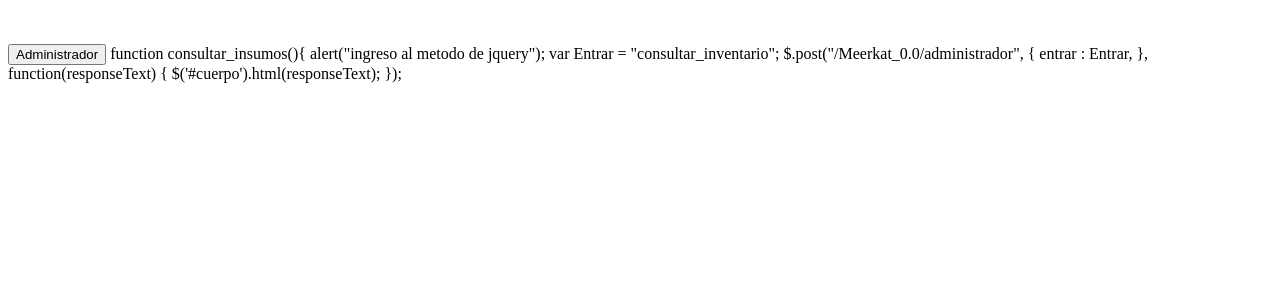
Repository: mauro2357/Producto2SW2MEERKATSOFT
Page: http://localhost/Meerkat_0.0/consultarinventariovista/funcionesadministrador.jsp
The author's editor kept a copy of each file at every save. The page is drawn from the files as they stood at one save, then again after the next save.
The browser window is 1280 px wide. The pictures show the whole page.
Some web libraries are served in a nearby version. The page is served by Tomcat 9. Nobody is signed in. The application's start-up code is not run.

Above is the page before, as saved 2015-09-04 21:07:17.

After the next save:
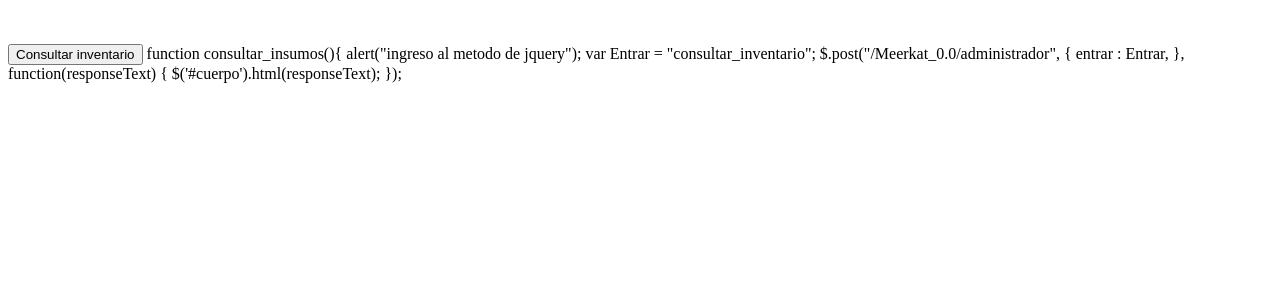
Saved 9 min 5 s later.
--- a/Meerkat_0.0/WebContent/consultarinventariovista/funcionesadministrador.jsp
+++ b/Meerkat_0.0/WebContent/consultarinventariovista/funcionesadministrador.jsp
@@ -27,7 +27,7 @@
 <body>
 	<div id="cuerpo"></div>
 	<br></br>
-	<button type="button" onclick="consultar_inventario()">Administrador</button>
+	<button type="button" onclick="consultar_inventario()">Consultar inventario</button>
 
 </body>
 </html>
